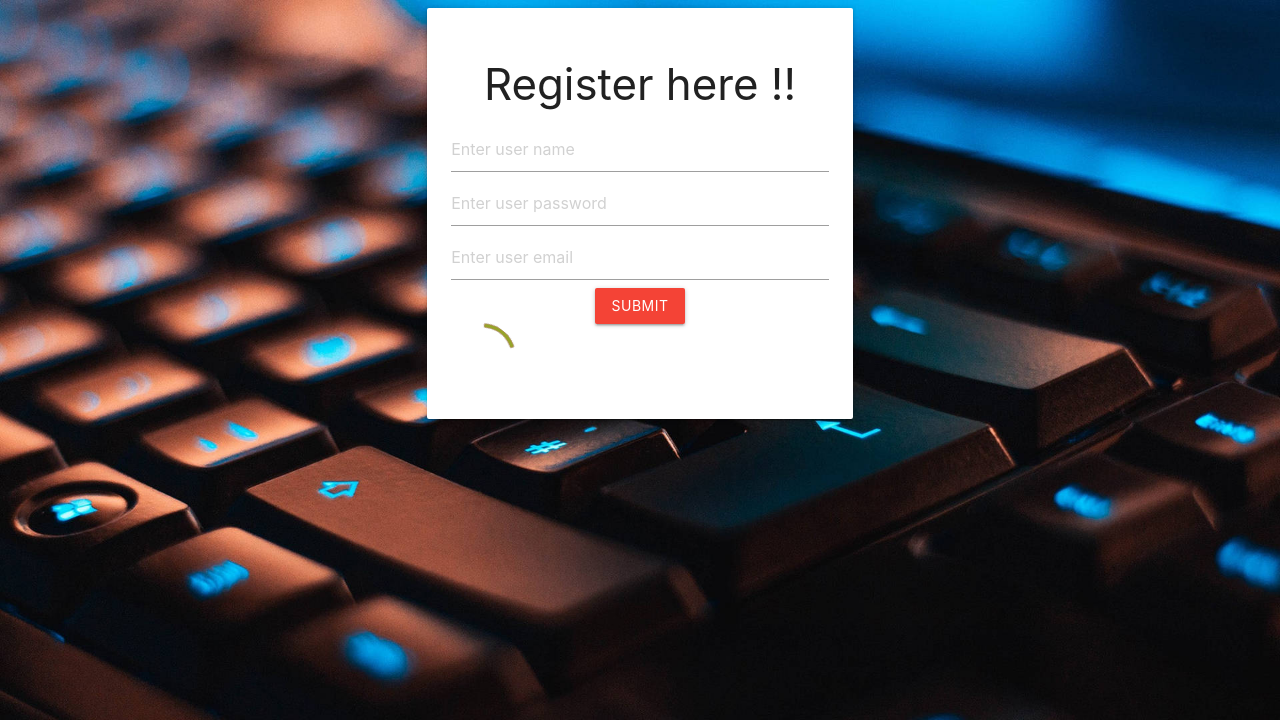
Repository: ShaileshMishr/Javanew
Page: http://localhost/Register/signup.jsp
The author's editor kept a copy of each file at every save. The page is drawn from the files as they stood at one save, then again after the next save.
The browser window is 1280 px wide. The pictures show the whole page.
The page is served by Tomcat 10.

Above is the page before, as saved 2023-10-11 21:42:33.

After the next save:
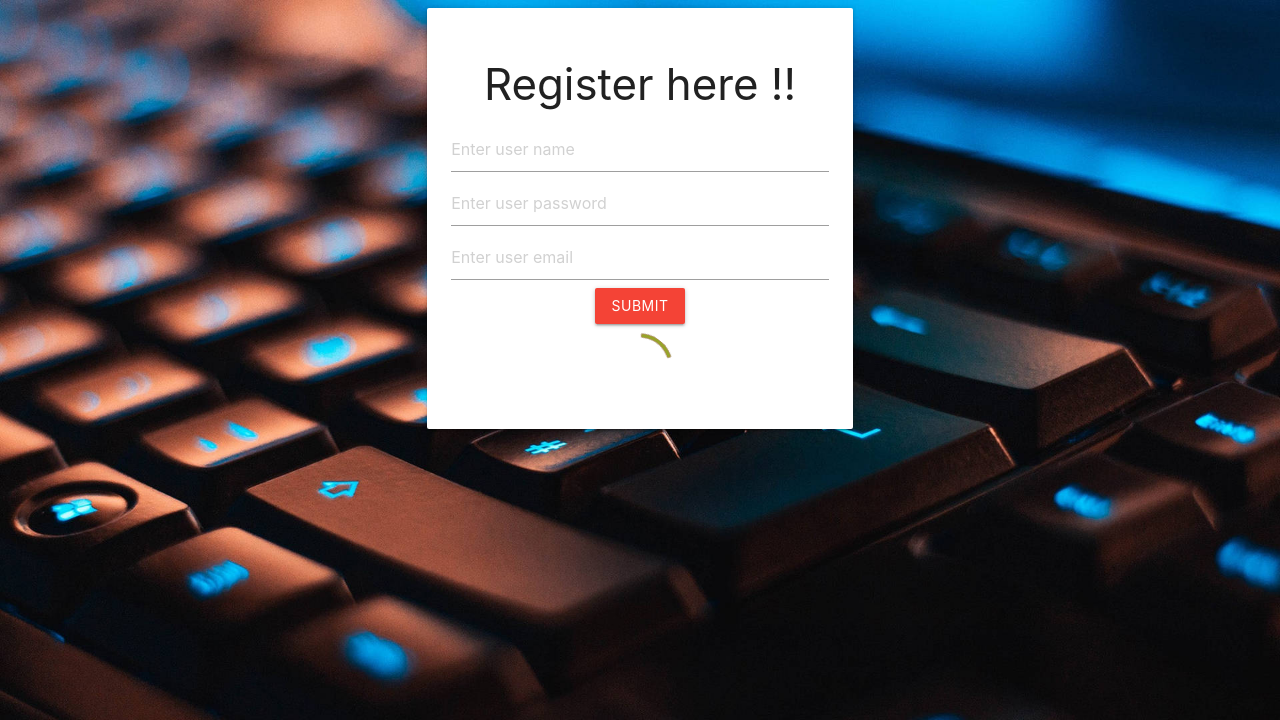
Saved 51 s later.
--- a/Register/src/main/webapp/signup.jsp
+++ b/Register/src/main/webapp/signup.jsp
@@ -32,7 +32,7 @@
 <button type="submit" class="btn red">Submit</button>
 </form>
 </div>
-<div class="loader">
+<div class="loader center-align" style="margin-top:10px;">
 <div class="preloader-wrapper big active">
       <div class="spinner-layer spinner-blue">
         <div class="circle-clipper left">
